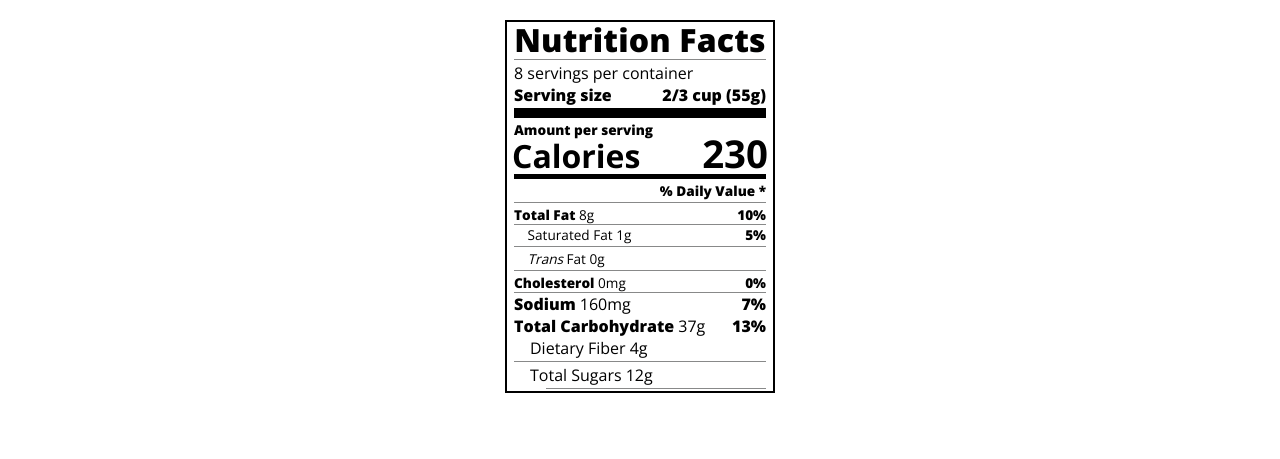
Repository: AimenDje/NutritionLabel
Page: index.html
The author's editor kept a copy of each file at every save. The page is drawn from the files as they stood at one save, then again after the next save.
The browser window is 1280 px wide. The pictures show the whole page.

Above is the page before, as saved 2025-08-30 23:34:05.

### index.html
<!DOCTYPE html>
<html lang="en">

<head>
  <meta charset="UTF-8">
  <title>Nutrition Label</title>
  <link rel="stylesheet" href="https://fonts.googleapis.com/css?family=Open+Sans:400,700,800">
  <link rel="stylesheet" href="styles.css">

</head>

<body>
  <div class="label">
    <header>
      <h1 class="bold">Nutrition Facts</h1>
      <div class="divider"></div>
      <p>8 servings per container</p>
      <p class="bold">Serving size <span>2/3 cup (55g)</span></p>
    </header>
    <div class="divider large"> </div>
     <div class="calories-info">
      <div class="left-container">
        <h2 class="bold small-text">Amount per serving</h2>
        <p> Calories</p>
      </div>
      <span> 230 </span>
    </div>
    <div class="divider medium"></div>
    <div class="daily-value small-text">
      <p class="bold right no-divider" >% Daily Value *</p>
      <div class="divider"></div>
      <p><span><span class="bold">Total Fat</span> 8g</span> <span class="bold">10%</span></p>
      <p class="indent no-divider" >Saturated Fat 1g <span class="bold">5%</span></p>
      <div class="divider"></div>
      <p class="indent no-divider"><span><i>Trans</i> Fat 0g</span></p>
      <div class="divider"></div>
      <p> <span><span class="bold">Cholesterol</span> 0mg</span> <span class="bold">0%</span> </div>
      <p><span><span class="bold">Sodium</span> 160mg </span> <span class="bold">7%</span> </p>
      <p><span><span class="bold">Total Carbohydrate</span> 37g</span> <span class="bold">13%</span></p>
      <p class="indent no-divider">Dietary Fiber 4g </p>
      <div class="divider"></div>
      <p class="indent no-divider"> Total Sugars 12g</p>
      <div class="divider double-indent"></div>
    </div>
  </div>
  </div>
</body>
</html>

### styles.css
*{
  box-sizing: border-box;
}

body{
  font-family:"Open Sans", sans-serif;
}

html{
  font-size:16px;
}

.label {
  border: 2px solid black;
  width: 270px;
  margin: 20px auto;
  padding : 0 7px;
}

header h1 {
  text-align: center;
  margin : -4px 0;
  letter-spacing : 0.15px;
}

p{
  margin : 0;
  display:flex;
  justify-content: space-between;
}

.divider{
  border-bottom: 1px solid #888989;
  margin : 2px 0;
}

.bold{
  font-weight: 800;
}

.large{
  height:10px;

}
.large, .medium{
  background-color:black;
  border:0;
}

.small-text{
  font-size: 0.85rem;
}

.calories-info h2{
  margin:0;
}

.calories-info{
  display:flex;
  justify-content:space-between;
  align-items:flex-end;
}

.left-container p{
  margin:-5px -2px;
  font-size: 2em;
  font-weight:700;
}

.calories-info span {
  font-size: 2.4em;
  font-weight: 700;
  margin : -7px -2px;
}

.medium{
  height:5px;
}

.right{
  justify-content: flex-end ;
}

.indent{
  margin-left:1em;
}

.daily-value p:not(.no-divider) {
  border-bottom: 1px solid #888989;
}

.double-indent{
  margin-left : 2em;
}

After the next save:
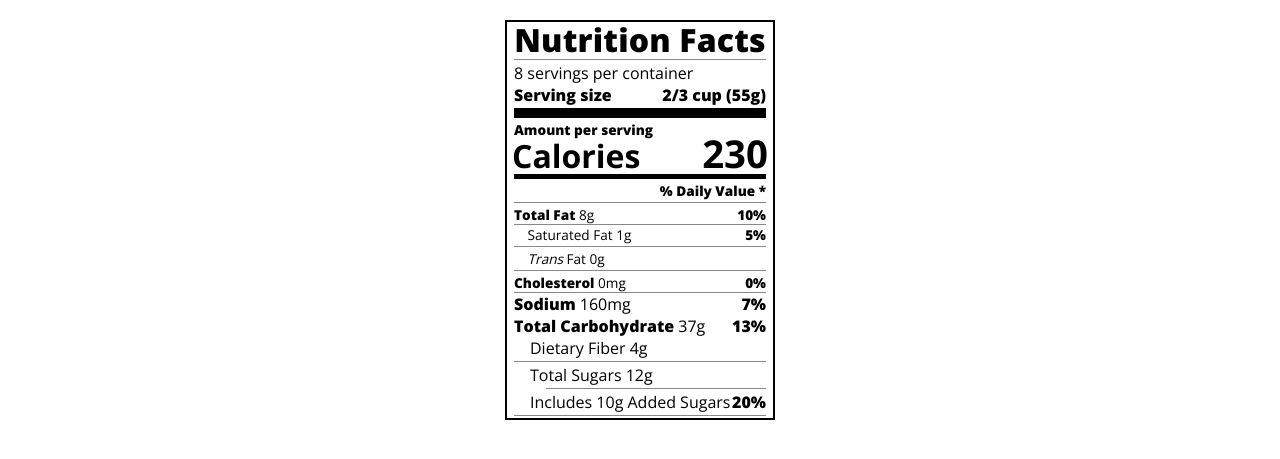
Saved 3 min 10 s later.
--- a/index.html
+++ b/index.html
@@ -41,6 +41,8 @@
       <div class="divider"></div>
       <p class="indent no-divider"> Total Sugars 12g</p>
       <div class="divider double-indent"></div>
+      <p class="indent no-divider">Includes 10g Added Sugars <span class="bold">20% <span></p>
+      <div class="divider"></div>
     </div>
   </div>
   </div>
